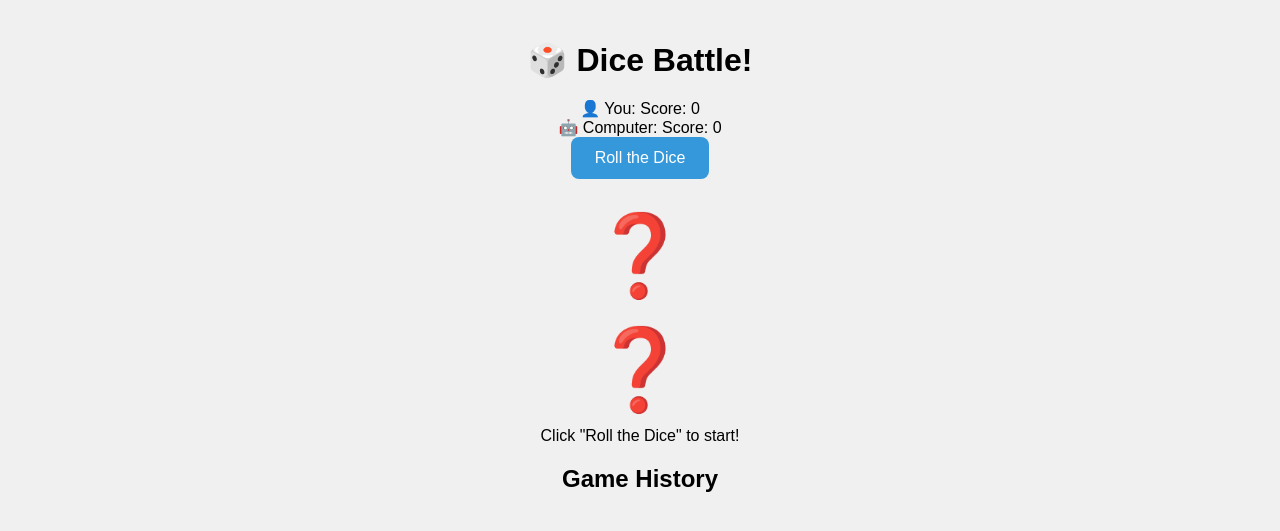
Repository: alokanand524/anand-portfolio
Page: games/dice-game/index.html
These files come from the project's save history. The page is drawn as it stood at one moment and after the next save; the edit follows.
The browser window is 1280 px wide. The pictures show the whole page.

Above is the page before, as saved 2025-07-31 15:09:39.

After the next save:
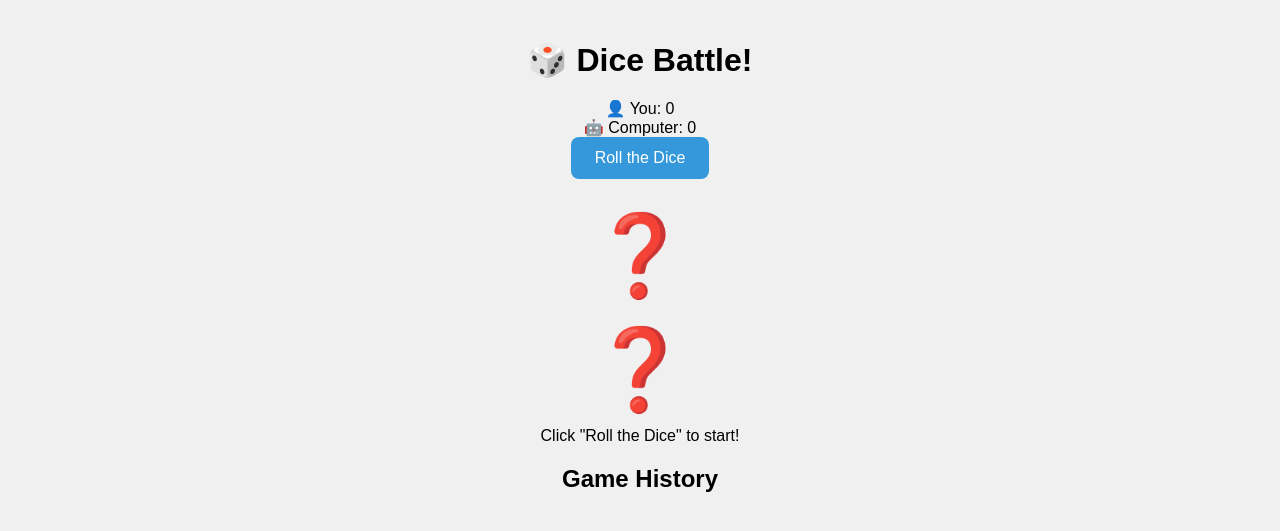
Saved 12 s later.
--- a/games/dice-game/script.js
+++ b/games/dice-game/script.js
@@ -1,95 +1,35 @@
-const diceFaces = ['⚀','⚁','⚂','⚃','⚄','⚅'];
-let playerScore = 0;
-let computerScore = 0;
-let round = 0;
+$(document).ready(function () {
+  const diceFaces = ['⚀','⚁','⚂','⚃','⚄','⚅'];
 
-const rollSound = document.getElementById('roll-sound');
-const winSound = document.getElementById('win-sound');
-const loseSound = document.getElementById('lose-sound');
+  let playerScore = 0;
+  let computerScore = 0;
+  let round = 0;
 
-function rollDie() {
-  // Roll returns value from 0-5
-  return Math.floor(Math.random() * 6);
-}
+  $('#roll-btn').click(function () {
+    const playerRoll = Math.floor(Math.random() * 6);
+    const computerRoll = Math.floor(Math.random() * 6);
 
-function updateDice($elem, roll) {
-  $elem.addClass('animate').text(diceFaces[roll]);
-  setTimeout(() => $elem.removeClass('animate'), 300);
-}
+    $('#player-dice').text(diceFaces[playerRoll]);
+    $('#computer-dice').text(diceFaces[computerRoll]);
 
-function updateScores() {
-  $('#player-score').text(`Score: ${playerScore}`);
-  $('#computer-score').text(`Score: ${computerScore}`);
-}
+    let result = '';
+    if (playerRoll > computerRoll) {
+      result = 'You Win!';
+      playerScore++;
+    } else if (playerRoll < computerRoll) {
+      result = 'Computer Wins!';
+      computerScore++;
+    } else {
+      result = 'It\'s a Draw!';
+    }
 
-function saveToLocal() {
-  localStorage.setItem('playerScore', playerScore);
-  localStorage.setItem('computerScore', computerScore);
-  localStorage.setItem('historyLog', $('#history-log').html());
-}
+    $('#result-text').text(result);
+    $('#player-score').text(playerScore);
+    $('#computer-score').text(computerScore);
 
-function loadFromLocal() {
-  if (localStorage.getItem('playerScore')) {
-    playerScore = parseInt(localStorage.getItem('playerScore'));
-    computerScore = parseInt(localStorage.getItem('computerScore'));
-    $('#history-log').html(localStorage.getItem('historyLog'));
-  }
-  updateScores();
-}
-
-function playRound() {
-  rollSound.play();
-  round++;
-
-  const playerRoll = rollDie();
-  const computerRoll = rollDie();
-
-  // Show dice faces (index from 0)
-  updateDice($('#player-dice'), playerRoll);
-  updateDice($('#computer-dice'), computerRoll);
-
-  // Convert roll to real values (1–6)
-  const playerValue = playerRoll + 1;
-  const computerValue = computerRoll + 1;
-
-  let result = '';
-  if (playerValue > computerValue) {
-    playerScore++;
-    winSound.play();
-    result = '🎉 You win!';
-  } else if (playerValue < computerValue) {
-    computerScore++;
-    loseSound.play();
-    result = '😢 Computer wins!';
-  } else {
-    result = '🤝 Tie!';
-  }
-
-  $('#result').text(result);
-  $('#history-log').prepend(
-    `<li>Round ${round}: You ${diceFaces[playerRoll]} (${playerValue}) vs ${diceFaces[computerRoll]} (${computerValue}) → ${result}</li>`
-  );
-
-  updateScores();
-  saveToLocal();
-}
-
-function setupDarkMode() {
-  const toggle = $('#dark-mode-toggle');
-  const darkPref = localStorage.getItem('darkMode') === 'true';
-  if (darkPref) {
-    $('body').addClass('dark');
-    toggle.prop('checked', true);
-  }
-
-  toggle.change(function () {
-    $('body').toggleClass('dark');
-    localStorage.setItem('darkMode', $(this).is(':checked'));
+    round++;
+    $('#history-log').prepend(
+      `<li>🎯 Round ${round}: You ${diceFaces[playerRoll]} vs ${diceFaces[computerRoll]} → <strong>${result}</strong></li>`
+    );
   });
-}
-
-$(document).ready(function () {
-  setupDarkMode();
-  loadFromLocal();
-  $('#roll-btn').click(playRound);
 });
